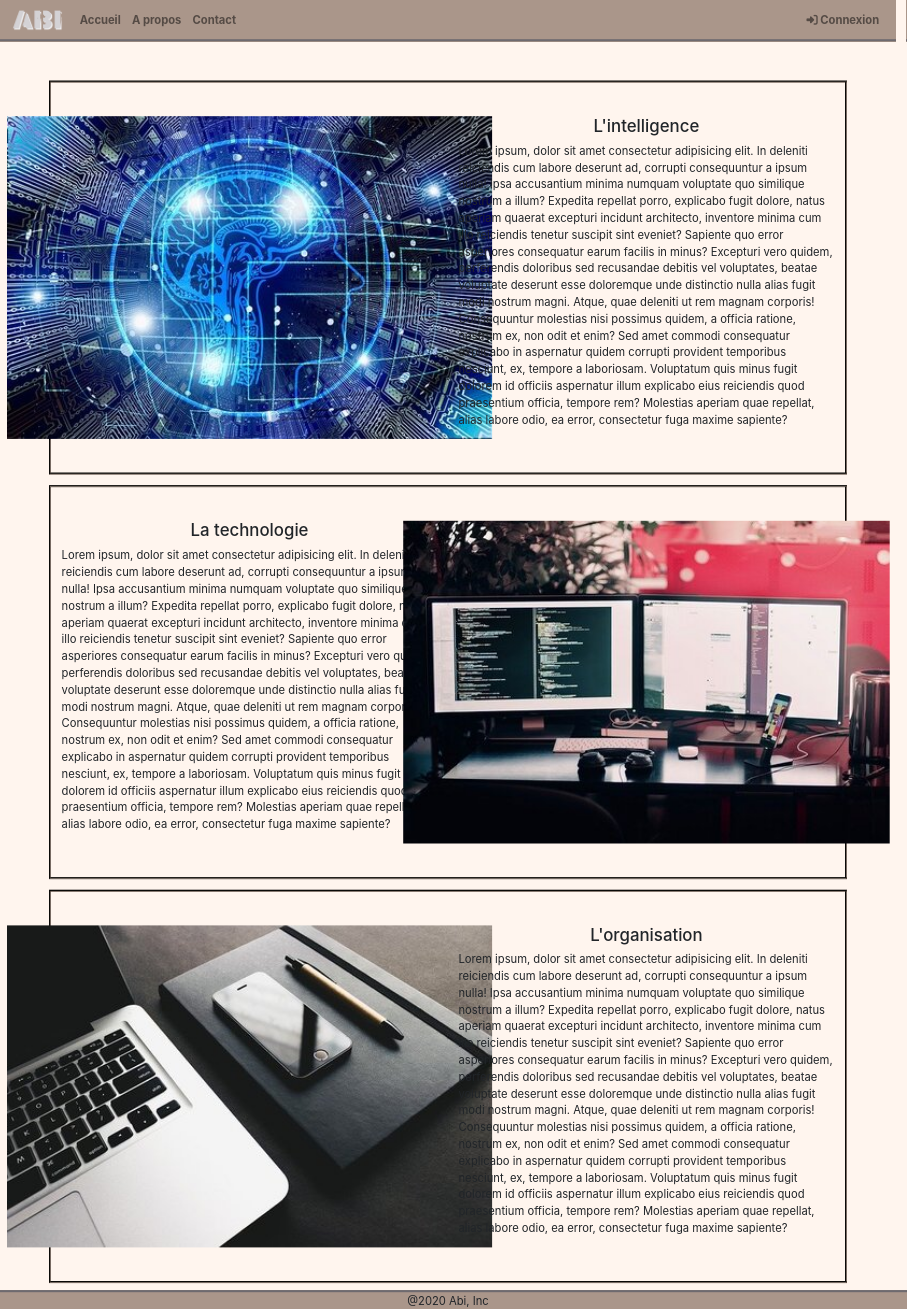
Repository: afpa-mission-7/ABI
Page: http://localhost/
These files come from the project's save history. The page is drawn as it stood at one moment and after the next save; the edit follows.
The browser window is 1280 px wide. The page is 1295 px wide, so the pictures cover 1295 px, including what lies to the right of the window. The pictures show the whole page, at 70% of full size.
Some web libraries are served in a nearby version. The page is run by PHP 8.4 with error messages shown; the project is at /var/www/html/.

Above is the page before, as saved 2020-10-20 14:29:39.

After the next save:
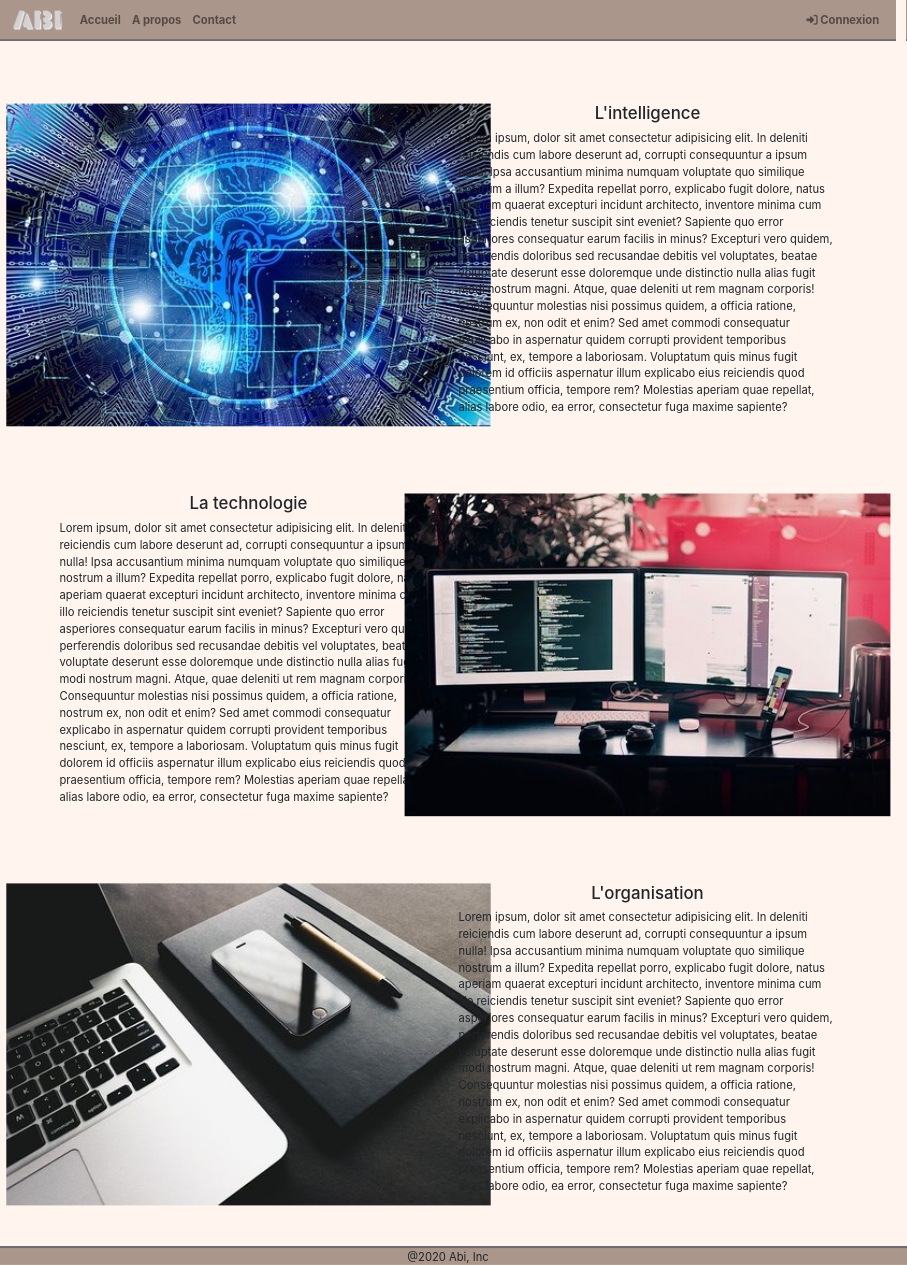
Saved 67 s later.
--- a/public/assets/css/main.css
+++ b/public/assets/css/main.css
@@ -105,12 +105,6 @@ main {
     margin: 100px 50px 10px 50px;
 }
 
-.article {
-    margin-top: 15px;
-    border-style: groove;
-    border-color: #5f4f45;
-}
-
 thead {
     background-color: #AA968A;
 }
